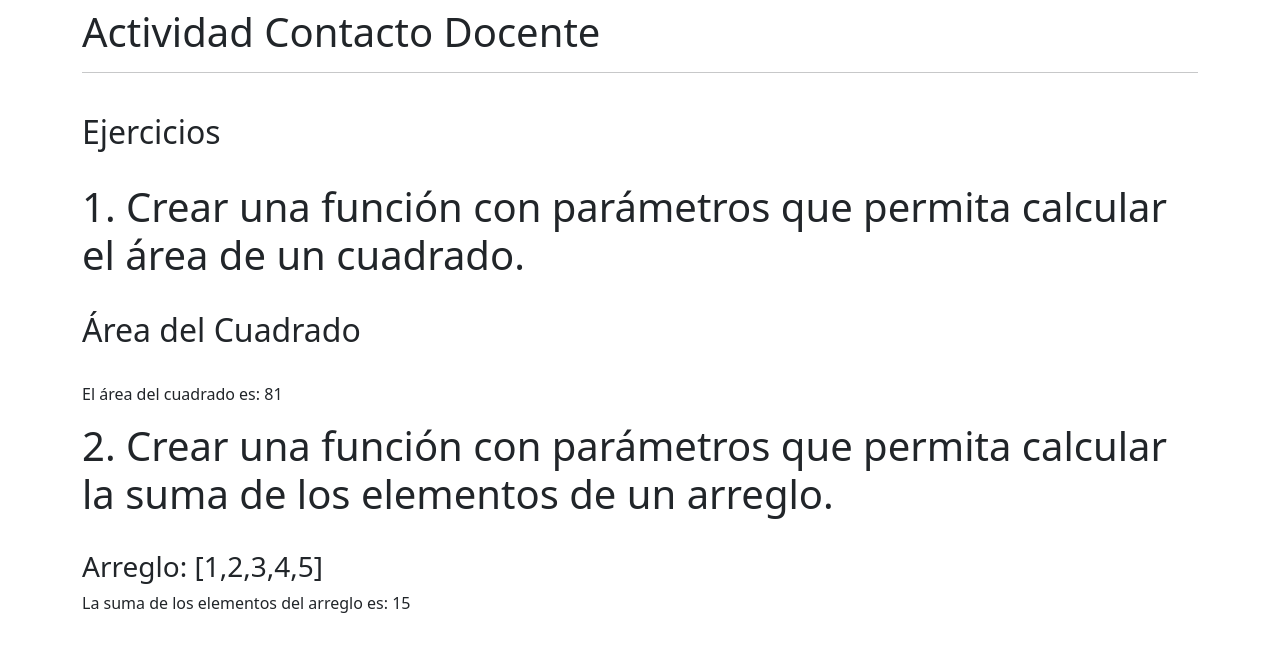
Repository: Jchimbo99/Actvidad1
Page: / (app in typescript-actividad/)
An editor plug-in stored every save of this project. The page is shown before and after the next save, followed by the edit.
The browser window is 1280 px wide. The pictures show the whole page.
The project was rebuilt for these pictures with package versions that can differ from the ones it lists, and the page was loaded fresh each time. Also part of the build but not shown: typescript-actividad/vite.config.ts.

Above is the page before, as saved 2025-01-22 20:39:50.

After the next save:
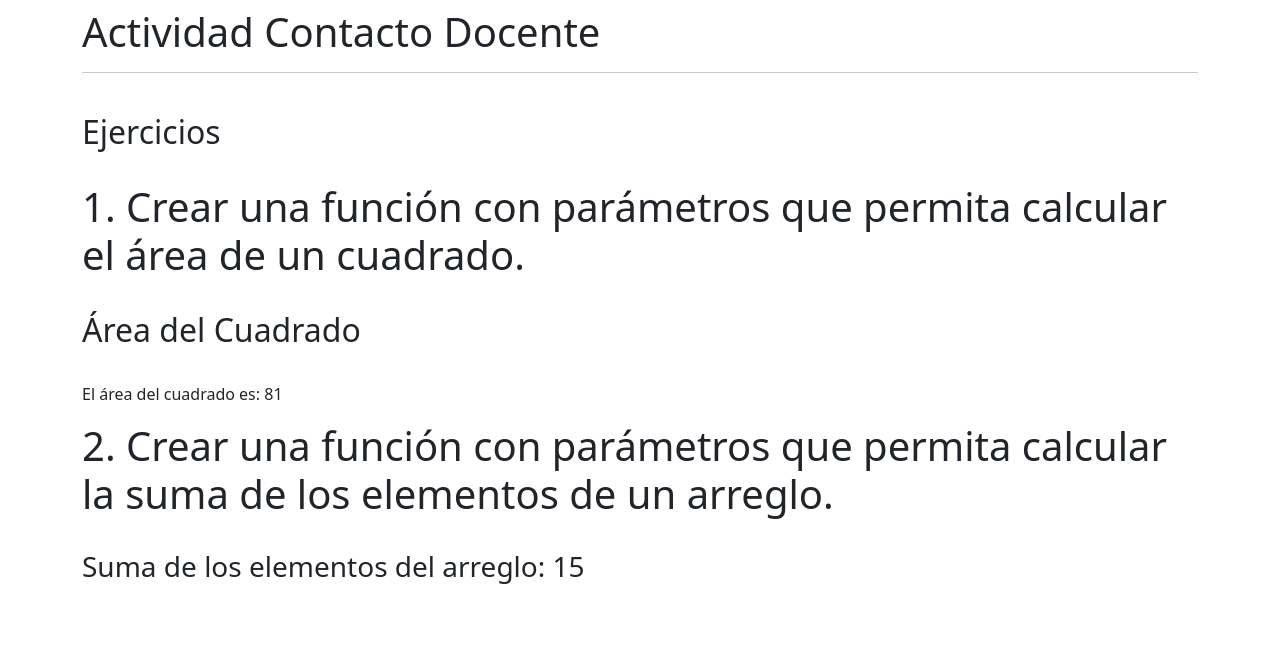
Saved 28 s later.
--- a/typescript-actividad/src/typescript/Arreglo.tsx
+++ b/typescript-actividad/src/typescript/Arreglo.tsx
@@ -1,23 +1,12 @@
-
-
 export const Arreglo = () => {
-
-    const arreglo = [1, 2, 3, 4, 5];
-
-
-    const sumarElementosArreglo = (arreglo: number[]): number => {
-        return arreglo.reduce((acumulado, valorActual) => acumulado + valorActual, 0);
-    }
-
-
-    const suma = sumarElementosArreglo(arreglo);
+    const arreglo = [1, 2, 3, 4, 5]; // Puedes cambiar estos números
+    const suma = arreglo.reduce((acumulado, valor) => acumulado + valor, 0);
 
     return (
         <div>
             <h1>2. Crear una función con parámetros que permita calcular la suma de los elementos de un arreglo.</h1>
             <br />
-            <h3>Arreglo: {JSON.stringify(arreglo)}</h3>
-            <p>La suma de los elementos del arreglo es: {suma}</p>
+            <h3>Suma de los elementos del arreglo: {suma}</h3>
         </div>
     );
 }
